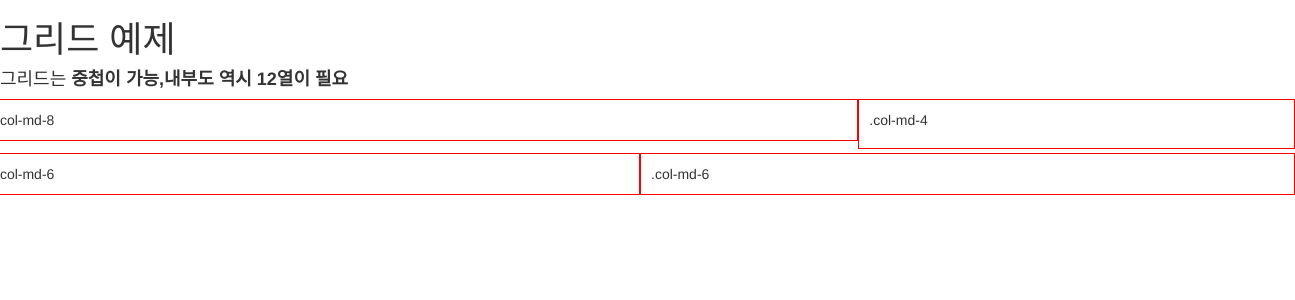
Repository: RYE415/4.jsp
Page: BootstrapTest/src/main/webapp/1.grid/grid2.html
The author's editor kept a copy of each file at every save. The page is drawn from the files as they stood at one save, then again after a run of saves.
The browser window is 1280 px wide. The page is 1295 px wide, so the pictures cover 1295 px, including what lies to the right of the window. The pictures show the whole page.
Some web libraries are served in a nearby version.

Above is the page before, as saved 2022-08-08 01:22:24.

After the next 2 saves:
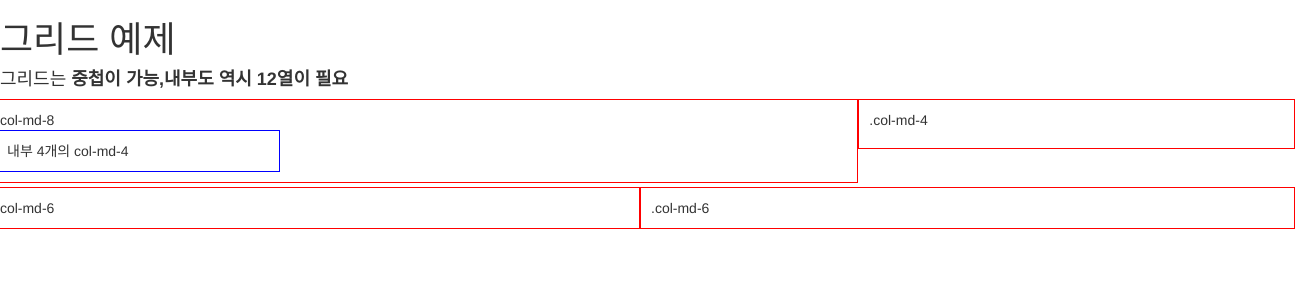
The 2 saves are shown as one change because they came seconds apart.
The last was saved 2 min 17 s later.
--- a/BootstrapTest/src/main/webapp/1.grid/grid2.html
+++ b/BootstrapTest/src/main/webapp/1.grid/grid2.html
@@ -50,7 +50,9 @@
 		<div class="row">
 			<div class="col-md-8">.col-md-8
 				<div calss="row">
-
+					<div class="col-md-4 pad10">
+						내부 4개의 col-md-4
+					</div>
 				</div>
 			</div>
 			<div class="col-md-4">.col-md-4
